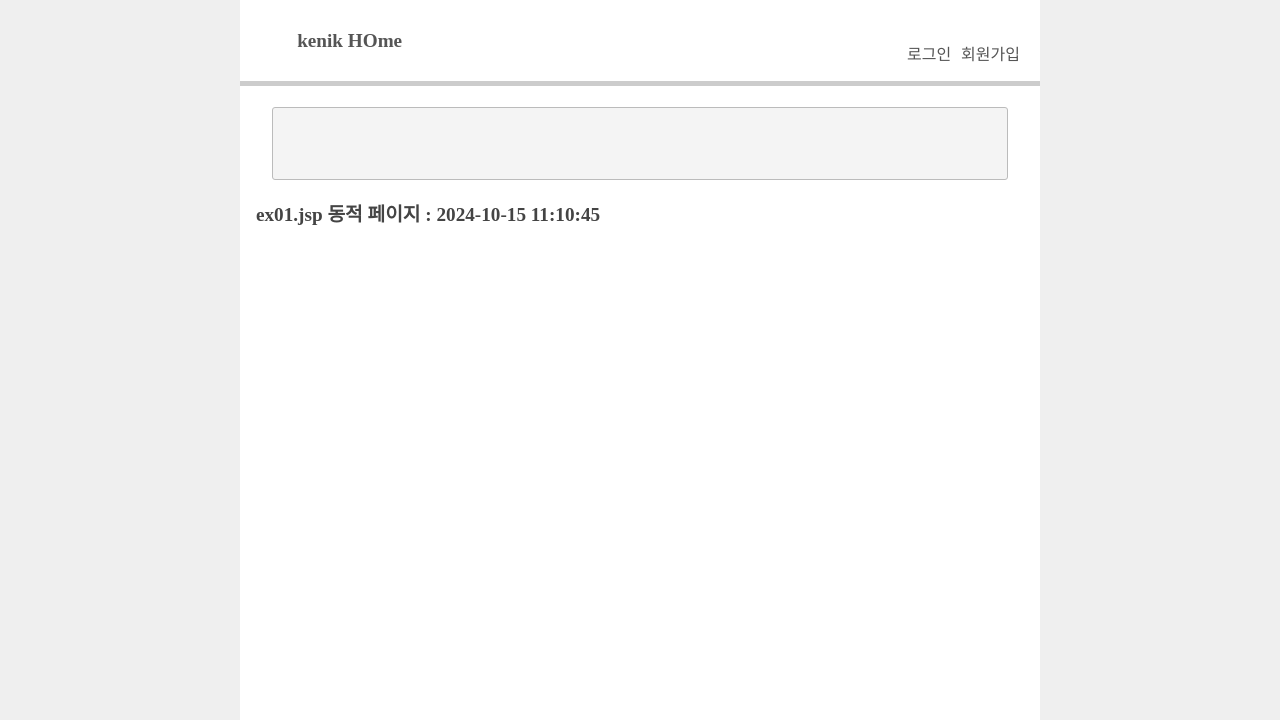
Repository: Seeker2250/JspTest
Page: http://localhost/jspPro/days01/ex01.jsp
An editor plug-in stored every save of this project. The page is shown before and after the next save, followed by the edit.
The browser window is 1280 px wide. The pictures show the whole page.
Some web fonts or font styles are not loaded; a fallback is used. The page is served by Tomcat 9.

Above is the page before, as saved 2024-10-15 02:41:45.

After the next save:
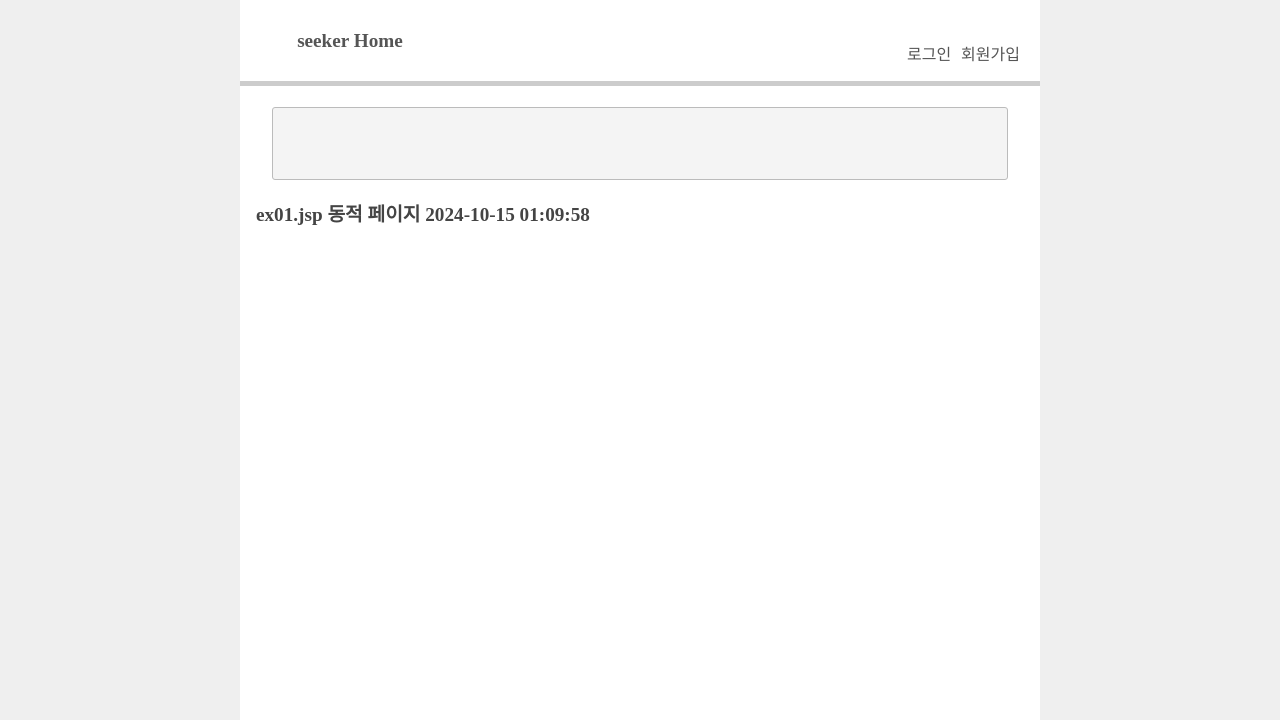
Saved 89 s later.
--- a/jspPro/src/main/webapp/days01/ex01.jsp
+++ b/jspPro/src/main/webapp/days01/ex01.jsp
@@ -31,7 +31,7 @@
 </head>
 <body>
 <header>
-  <h1 class="main"><a href="#" style="position: absolute;top:30px;">kenik HOme</a></h1>
+  <h1 class="main"><a href="#" style="position: absolute;top:30px;">seeker Home</a></h1>
   <ul>
     <li><a href="#">로그인</a></li>
     <li><a href="#">회원가입</a></li>
@@ -41,7 +41,7 @@
  <xmp class="code">
 
   </xmp>
-  <h3>ex01.jsp 동적 페이지 : 2024-10-15 11:10:45</h3>
+  <h3>ex01.jsp 동적 페이지 <%= strNow %></h3>
 </div>
 </body>
 </html>
